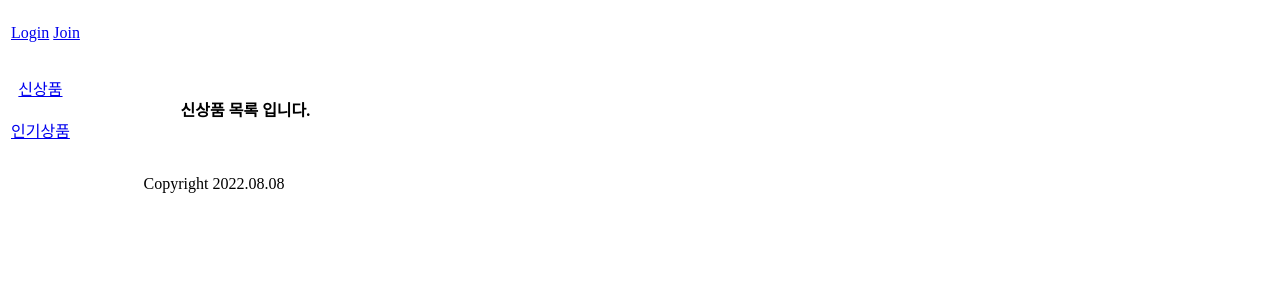
Repository: payboiC/test
Page: http://localhost/ServletProject/template/template.jsp
An editor plug-in stored every save of this project. The page is shown before and after the next save, followed by the edit.
The browser window is 1280 px wide. The pictures show the whole page.
The page is served by Tomcat 9. Nobody is signed in. The application's start-up code is not run. Other server files are loaded and not shown.

Above is the page before, as saved 2022-08-08 03:02:37.

### ServletProject/src/main/webapp/template/template.jsp
<%@ page language="java" contentType="text/html; charset=UTF-8"
    pageEncoding="UTF-8"%>

    <%
           String pagefile = request.getParameter("page");
           if( pagefile == null){
        	   pagefile ="newitem";
           }

    %>


<!DOCTYPE html>
<html>
<head>
<meta charset="UTF-8">
</head>
<body>

<table>
     <tr>
         <td height="43" colspan="3" align="left">
             <jsp:include page="top.jsp"/>

         </td>
     </tr>

     <tr>
         <td width="15%" align="right" valig="top"><br>
            <jsp:include page="left.jsp"/>

         </td>

         <td colspan="2" align="center">
            <jsp:include page='<%=pagefile+".jsp" %>'/>
            </td>
     </tr>

     <tr>
         <td width="100%" height="40" colspan="3">
             <jsp:include page="bottom.jsp"/>

         </td>
     </tr>
</table>

</body>
</html>

### ServletProject/src/main/webapp/template/top.jsp
<%@ page language="java" contentType="text/html; charset=UTF-8"
    pageEncoding="UTF-8"%>
<a href="login.jsp">Login</a>
<a href="join.jsp">Join</a>

### ServletProject/src/main/webapp/template/left.jsp
<%@ page language="java" contentType="text/html; charset=UTF-8"
    pageEncoding="UTF-8"%>
<center>
<a href="./template.jsp?page=newitem"> 신상품 </a><br><br>
<a href="./template.jsp?page=bestitem"> 인기상품 </a><br><br>

</center>

### ServletProject/src/main/webapp/template/newitem.jsp
<%@ page language="java" contentType="text/html; charset=UTF-8"
    pageEncoding="UTF-8"%>
<b> 신상품 목록 입니다. </b>

### ServletProject/src/main/webapp/template/bottom.jsp
<%@ page language="java" contentType="text/html; charset=UTF-8"
    pageEncoding="UTF-8"%>
<center> Copyright 2022.08.08 </center>

After the next save:
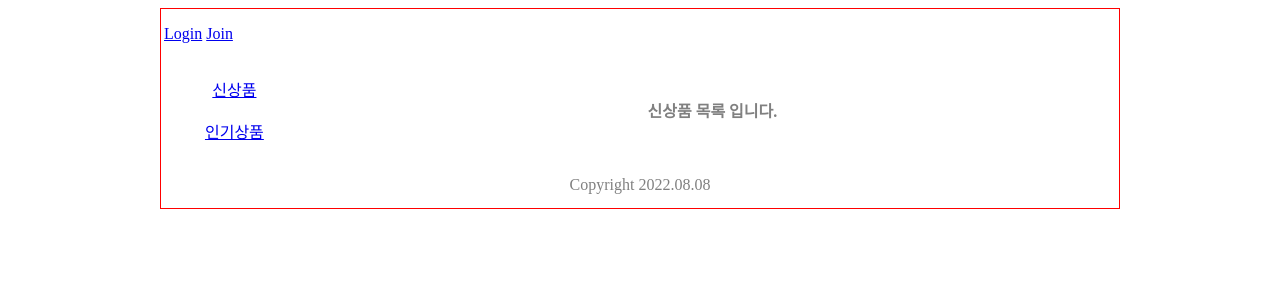
Saved 2 min 32 s later.
--- a/ServletProject/src/main/webapp/template/template.jsp
+++ b/ServletProject/src/main/webapp/template/template.jsp
@@ -14,6 +14,16 @@
 <html>
 <head>
 <meta charset="UTF-8">
+<title></title>
+<style type="text/css">
+table{
+   margin: auto;
+   width: 960px;
+   color: gray;
+   border: 1px solid red;
+   }
+
+   </style>
 </head>
 <body>
 
